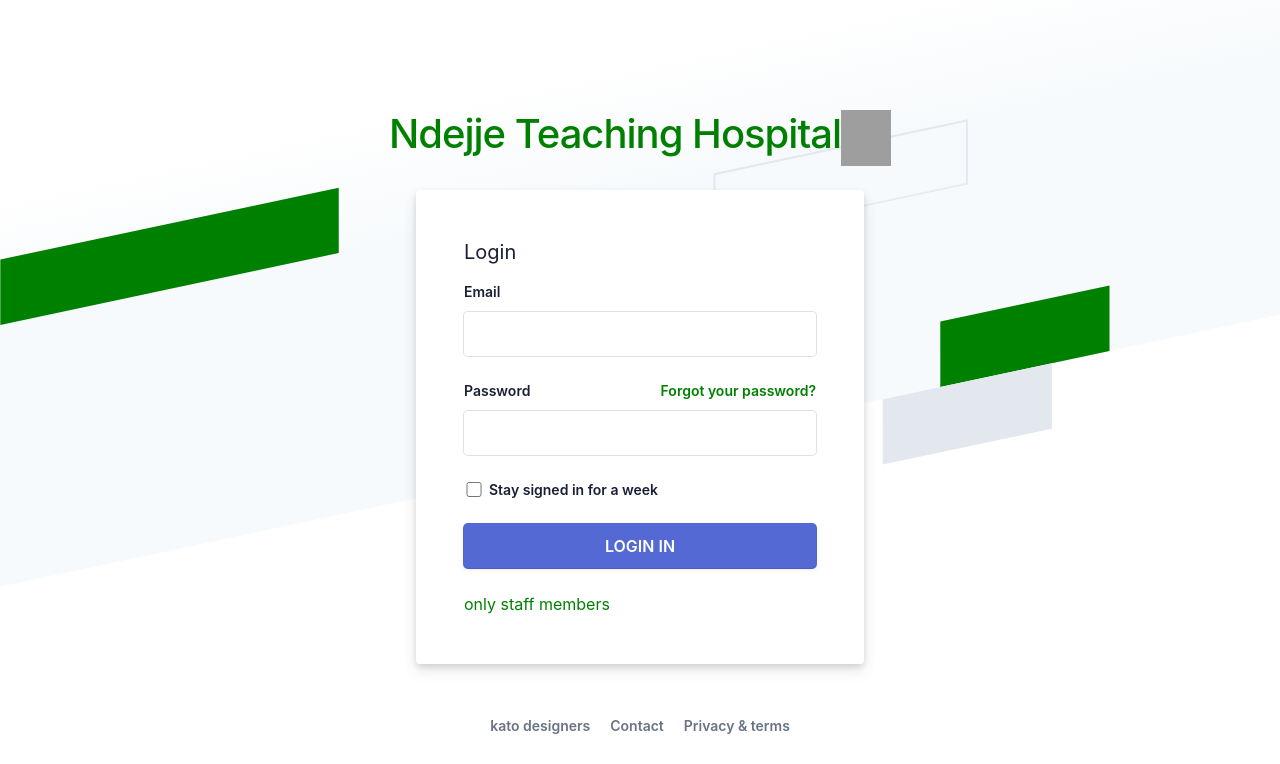
Repository: kluivert-ssali/katoMessi
Page: http://localhost/login.php
The author's editor kept a copy of each file at every save. The page is drawn from the files as they stood at one save, then again after a run of saves.
The browser window is 1280 px wide. The pictures show the whole page.
Pictures or frames that could not be fetched are drawn as grey boxes. Some web libraries are served in a nearby version. The page is run by PHP 8.4 with error messages shown; the project is at /var/www/html/.

Above is the page before, as saved 2022-05-14 00:00:56.

### login.php
<?php





?>




<!-- staff login form  -->
<!DOCTYPE html>
<html lang="en">

<head>
    <meta charset="UTF-8">
    <meta http-equiv="X-UA-Compatible" content="IE=edge">
    <meta name="viewport" content="width=device-width, initial-scale=1.0">
    <!-- <script src="https://ajax.googleapis.com/ajax/libs/jquery/2.2.0/jquery.min.js"></script>
    <link rel="stylesheet" href="https://maxcdn.bootstrapcdn.com/bootstrap/3.3.6/css/bootstrap.min.css" /> -->
    <!-- bootsrap css -->
    <link href="https://cdn.jsdelivr.net/npm/bootstrap@5.1.3/dist/css/bootstrap.min.css" rel="stylesheet" integrity="sha384-1BmE4kWBq78iYhFldvKuhfTAU6auU8tT94WrHftjDbrCEXSU1oBoqyl2QvZ6jIW3" crossorigin="anonymous">
    <title>Login</title>
    <style>
        /* put button in right */
        .btn {
            float: right;
        }
        * {
  padding: 0;
  margin: 0;
  color: #1a1f36;
  box-sizing: border-box;
  word-wrap: break-word;
  font-family: -apple-system,BlinkMacSystemFont,Segoe UI,Roboto,Helvetica Neue,Ubuntu,sans-serif;
}

h1 {
    letter-spacing: -1px;
}
a {
  color: green;
  text-decoration: unset;
}
.login-root {
    background: #fff;
    display: flex;
    width: 100%;
    min-height: 100vh;
    overflow: hidden;
}
.loginbackground {
    min-height: 692px;
    position: fixed;
    bottom: 0;
    left: 0;
    right: 0;
    top: 0;
    z-index: 0;
    overflow: hidden;
}
.flex-flex {
    display: flex;
}
.align-center {
  align-items: center;
}
.center-center {
  align-items: center;
  justify-content: center;
}
.box-root {
    box-sizing: border-box;
}
.flex-direction--column {
    -ms-flex-direction: column;
    flex-direction: column;
}
.loginbackground-gridContainer {
    display: -ms-grid;
    display: grid;
    -ms-grid-columns: [start] 1fr [left-gutter] (86.6px)[16] [left-gutter] 1fr [end];
    grid-template-columns: [start] 1fr [left-gutter] repeat(16,86.6px) [left-gutter] 1fr [end];
    -ms-grid-rows: [top] 1fr [top-gutter] (64px)[8] [bottom-gutter] 1fr [bottom];
    grid-template-rows: [top] 1fr [top-gutter] repeat(8,64px) [bottom-gutter] 1fr [bottom];
    justify-content: center;
    margin: 0 -2%;
    transform: rotate(-12deg) skew(-12deg);
}
.box-divider--light-all-2 {
    box-shadow: inset 0 0 0 2px #e3e8ee;
}
.box-background--blue {
    background-color:green;
}
.box-background--white {
  background-color: #ffffff;
}
.box-background--blue800 {
    background-color: #212d63;
}
.box-background--gray100 {
    background-color: #e3e8ee;
}
.box-background--cyan200 {
    background-color: #7fd3ed;
}
.padding-top--64 {
  padding-top: 64px;
}
.padding-top--24 {
  padding-top: 24px;
}
.padding-top--48 {
  padding-top: 48px;
}
.padding-bottom--24 {
  padding-bottom: 24px;
}
.padding-horizontal--48 {
  padding: 48px;
}
.padding-bottom--15 {
  padding-bottom: 15px;
}


.flex-justifyContent--center {
  -ms-flex-pack: center;
  justify-content: center;
}

.formbg {
    margin: 0px auto;
    width: 100%;
    max-width: 448px;
    background: white;
    border-radius: 4px;
    box-shadow: rgba(60, 66, 87, 0.12) 0px 7px 14px 0px, rgba(0, 0, 0, 0.12) 0px 3px 6px 0px;
}
span {
    display: block;
    font-size: 20px;
    line-height: 28px;
    color: #1a1f36;
}
label {
    margin-bottom: 10px;
}
.reset-pass a,label {
    font-size: 14px;
    font-weight: 600;
    display: block;
}
.reset-pass > a {
    text-align: right;
    margin-bottom: 10px;
}
.grid--50-50 {
    display: grid;
    grid-template-columns: 50% 50%;
    align-items: center;
}

.field input {
    font-size: 16px;
    line-height: 28px;
    padding: 8px 16px;
    width: 100%;
    min-height: 44px;
    border: unset;
    border-radius: 4px;
    outline-color: rgb(84 105 212 / 0.5);
    background-color: rgb(255, 255, 255);
    box-shadow: rgba(0, 0, 0, 0) 0px 0px 0px 0px,
                rgba(0, 0, 0, 0) 0px 0px 0px 0px,
                rgba(0, 0, 0, 0) 0px 0px 0px 0px,
                rgba(60, 66, 87, 0.16) 0px 0px 0px 1px,
                rgba(0, 0, 0, 0) 0px 0px 0px 0px,
                rgba(0, 0, 0, 0) 0px 0px 0px 0px,
                rgba(0, 0, 0, 0) 0px 0px 0px 0px;
}

input[type="submit"] {
    background-color: rgb(84, 105, 212);
    box-shadow: rgba(0, 0, 0, 0) 0px 0px 0px 0px,
                rgba(0, 0, 0, 0) 0px 0px 0px 0px,
                rgba(0, 0, 0, 0.12) 0px 1px 1px 0px,
                rgb(84, 105, 212) 0px 0px 0px 1px,
                rgba(0, 0, 0, 0) 0px 0px 0px 0px,
                rgba(0, 0, 0, 0) 0px 0px 0px 0px,
                rgba(60, 66, 87, 0.08) 0px 2px 5px 0px;
    color: #fff;
    font-weight: 600;
    cursor: pointer;
}
.field-checkbox input {
    width: 20px;
    height: 15px;
    margin-right: 5px;
    box-shadow: unset;
    min-height: unset;
}
.field-checkbox label {
    display: flex;
    align-items: center;
    margin: 0;
}
a.ssolink {
    display: block;
    text-align: center;
    font-weight: 600;
}
.footer-link span {
    font-size: 14px;
    text-align: center;
}
.listing a {
    color: #697386;
    font-weight: 600;
    margin: 0 10px;
}

.animationRightLeft {
  animation: animationRightLeft 2s ease-in-out infinite;
}
.animationLeftRight {
  animation: animationLeftRight 2s ease-in-out infinite;
}
.tans3s {
  animation: animationLeftRight 3s ease-in-out infinite;
}
.tans4s {
  animation: animationLeftRight 4s ease-in-out infinite;
}

@keyframes animationLeftRight {
  0% {
    transform: translateX(0px);
  }
  50% {
    transform: translateX(1000px);
  }
  100% {
    transform: translateX(0px);
  }
}

@keyframes animationRightLeft {
  0% {
    transform: translateX(0px);
  }
  50% {
    transform: translateX(-1000px);
  }
  100% {
    transform: translateX(0px);
  }
}
    </style>

</head>

<body>
    <!-- button  -->
    <button type="button" class="btn btn-dark" onclick="window.location.href='admin.php'">Super Admin</button>
    <div class="login-root">
        <div class="box-root flex-flex flex-direction--column" style="min-height: 100vh;flex-grow: 1;">
            <div class="loginbackground box-background--white padding-top--64">
                <div class="loginbackground-gridContainer">
                    <div class="box-root flex-flex" style="grid-area: top / start / 8 / end;">
                        <div class="box-root" style="background-image: linear-gradient(white 0%, rgb(247, 250, 252) 33%); flex-grow: 1;">
                        </div>
                    </div>
                    <div class="box-root flex-flex" style="grid-area: 4 / 2 / auto / 5;">
                        <div class="box-root box-divider--light-all-2 animationLeftRight tans3s" style="flex-grow: 1;"></div>
                    </div>
                    <div class="box-root flex-flex" style="grid-area: 6 / start / auto / 2;">
                        <div class="box-root box-background--blue800" style="flex-grow: 1;"></div>
                    </div>
                    <div class="box-root flex-flex" style="grid-area: 7 / start / auto / 4;">
                        <div class="box-root box-background--blue animationLeftRight" style="flex-grow: 1;"></div>
                    </div>
                    <div class="box-root flex-flex" style="grid-area: 8 / 4 / auto / 6;">
                        <div class="box-root box-background--gray100 animationLeftRight tans3s" style="flex-grow: 1;"></div>
                    </div>
                    <div class="box-root flex-flex" style="grid-area: 2 / 15 / auto / end;">
                        <div class="box-root box-background--cyan200 animationRightLeft tans4s" style="flex-grow: 1;"></div>
                    </div>
                    <div class="box-root flex-flex" style="grid-area: 3 / 14 / auto / end;">
                        <div class="box-root box-background--blue animationRightLeft" style="flex-grow: 1;"></div>
                    </div>
                    <div class="box-root flex-flex" style="grid-area: 4 / 17 / auto / 20;">
                        <div class="box-root box-background--gray100 animationRightLeft tans4s" style="flex-grow: 1;"></div>
                    </div>
                    <div class="box-root flex-flex" style="grid-area: 5 / 14 / auto / 17;">
                        <div class="box-root box-divider--light-all-2 animationRightLeft tans3s" style="flex-grow: 1;"></div>
                    </div>
                </div>
            </div>
            <div class="box-root padding-top--24 flex-flex flex-direction--column" style="flex-grow: 1; z-index: 9;">
                <div class="box-root padding-top--48 padding-bottom--24 flex-flex flex-justifyContent--center">
                    <h1><a href="index.html" rel="dofollow">Ndejje Teaching Hospital</a></h1><img style="height: 50; width:50px;" src="https://admissions.ndu.ac.ug/resources/images/logos/ndejje.png">
                </div>
                <div class="formbg-outer">
                    <div class="formbg">
                        <div class="formbg-inner padding-horizontal--48">
                            <span class="padding-bottom--15">Login</span>
                            <form id="stripe-login">
                                <div class="field padding-bottom--24">
                                    <label for="email">Email</label>
                                    <input type="email" name="email">
                                </div>
                                <div class="field padding-bottom--24">
                                    <div class="grid--50-50">
                                        <label for="password">Password</label>
                                        <div class="reset-pass">
                                            <a href="#">Forgot your password?</a>
                                        </div>
                                    </div>
                                    <input type="password" name="password">
                                </div>
                                <div class="field field-checkbox padding-bottom--24 flex-flex align-center">
                                    <label for="checkbox">
                                        <input type="checkbox" name="checkbox"> Stay signed in for a week
                                    </label>
                                </div>
                                <div class="field padding-bottom--24">
                                    <input type="submit" name="submit" value="LOGIN IN">
                                </div>
                                <div class="field">
                                    <a class="" href="#"> only staff members</a>
                                </div>
                            </form>
                        </div>
                    </div>
                    <div class="footer-link padding-top--24">

                        <div class="listing padding-top--24 padding-bottom--24 flex-flex center-center">
                            <span><a href="#">kato designers</a></span>
                            <span><a href="#">Contact</a></span>
                            <span><a href="#">Privacy & terms</a></span>
                        </div>
                    </div>
                </div>
            </div>
        </div>
    </div>








    <script src="https://cdn.jsdelivr.net/npm/bootstrap@5.1.3/dist/js/bootstrap.bundle.min.js" integrity="sha384-ka7Sk0Gln4gmtz2MlQnikT1wXgYsOg+OMhuP+IlRH9sENBO0LRn5q+8nbTov4+1p" crossorigin="anonymous"></script>
    <script src="https://cdn.jsdelivr.net/npm/@popperjs/core@2.10.2/dist/umd/popper.min.js" integrity="sha384-7+zCNj/IqJ95wo16oMtfsKbZ9ccEh31eOz1HGyDuCQ6wgnyJNSYdrPa03rtR1zdB" crossorigin="anonymous"></script>
    <script src="https://cdn.jsdelivr.net/npm/bootstrap@5.1.3/dist/js/bootstrap.min.js" integrity="sha384-QJHtvGhmr9XOIpI6YVutG+2QOK9T+ZnN4kzFN1RtK3zEFEIsxhlmWl5/YESvpZ13" crossorigin="anonymous"></script>
</body>

</html>

After the next 3 saves:
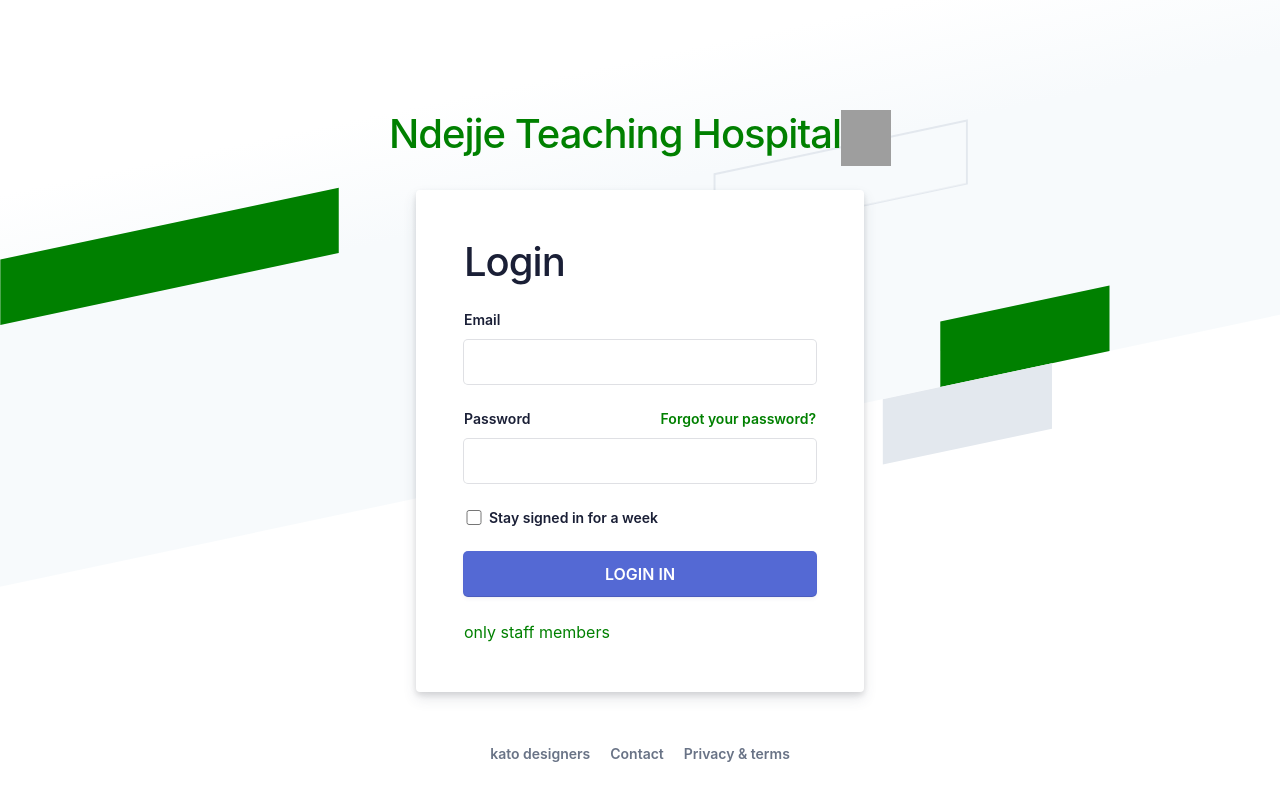
The 3 saves are shown as one change because they came seconds apart.
The last was saved 19 s later.
--- a/login.php
+++ b/login.php
@@ -306,7 +306,7 @@ a.ssolink {
                 <div class="formbg-outer">
                     <div class="formbg">
                         <div class="formbg-inner padding-horizontal--48">
-                            <span class="padding-bottom--15">Login</span>
+                            <h1 class="padding-bottom--15">Login</h1>
                             <form id="stripe-login">
                                 <div class="field padding-bottom--24">
                                     <label for="email">Email</label>
